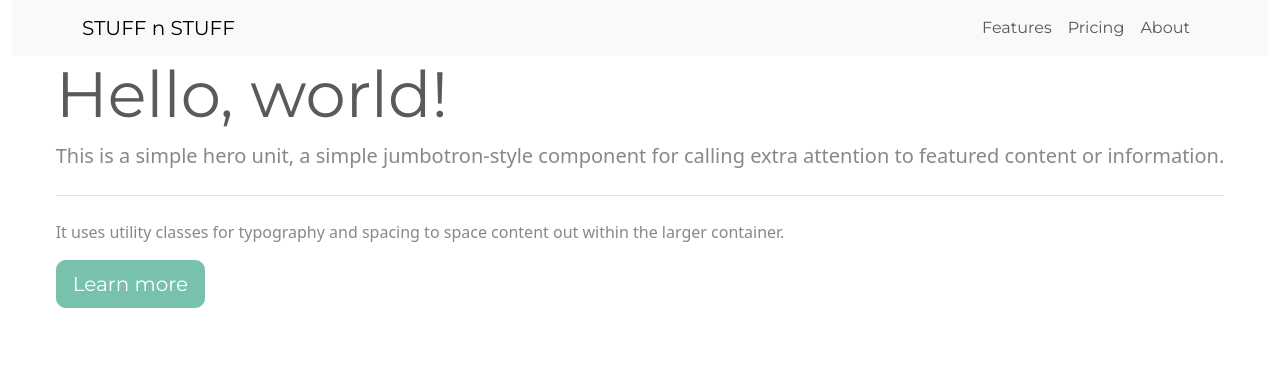
Repository: Aladdin3r/idsp12-marketplace
Page: /
These files come from the project's save history. The page is drawn as it stood at one moment and after the next save; the edit follows.
The browser window is 1280 px wide. The pictures show the whole page.
The project was rebuilt for these pictures with package versions that can differ from the ones it lists, and the page was loaded fresh each time. The framework's server and built-in components were replaced by stand-ins that run in the browser. Also part of the build but not shown: next.config.mjs.

Above is the page before, as saved 2024-05-07 14:12:02.

After the next save:
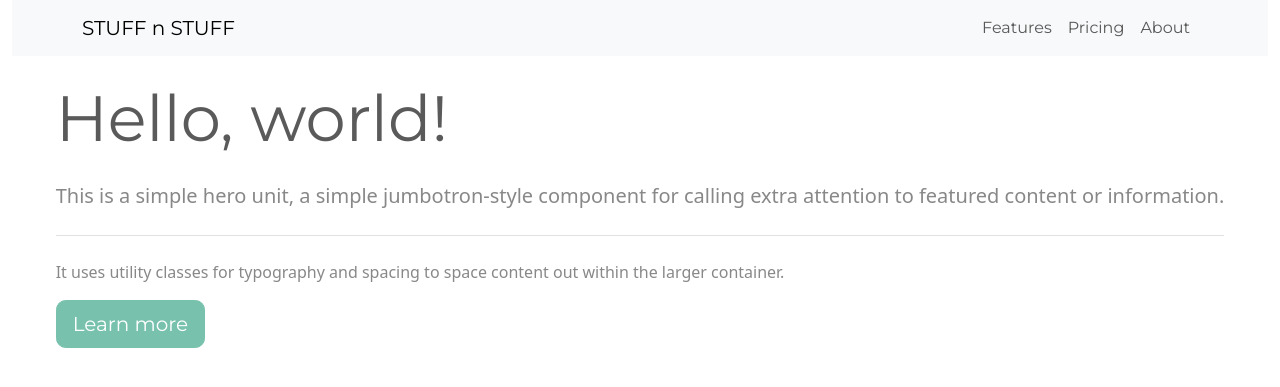
Saved 11 s later.
--- a/pages/index.js
+++ b/pages/index.js
@@ -37,7 +37,7 @@
         </div>
 
         <div class="jumbotron">
-          <h1 class="display-3">Hello, world!</h1>
+          <h1 class="display-3 my-4">Hello, world!</h1>
           <p class="lead">This is a simple hero unit, a simple jumbotron-style component for calling extra attention to featured content or information.</p>
           <hr class="my-4"/>
           <p>It uses utility classes for typography and spacing to space content out within the larger container.</p>
